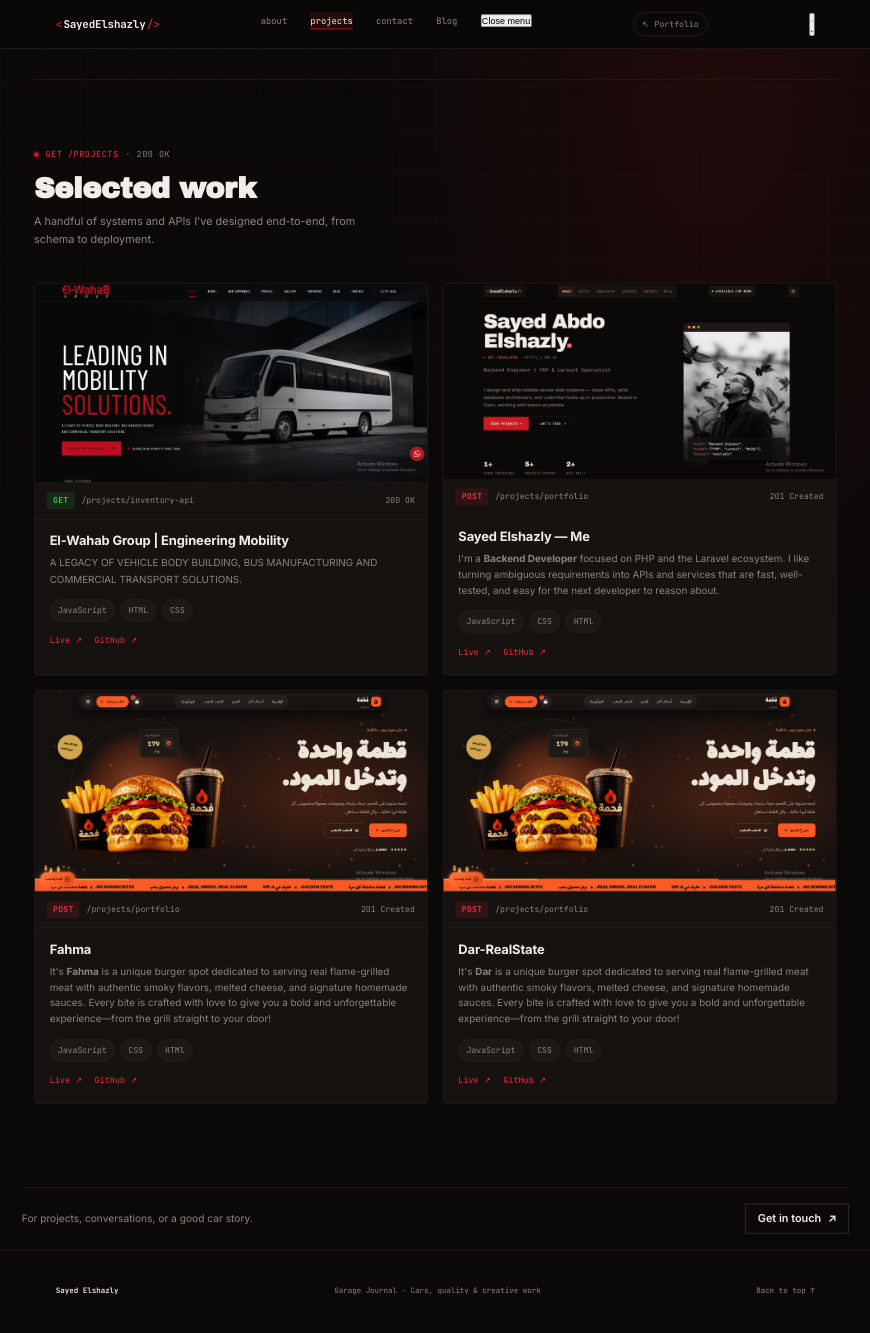
Repository: sayedelshazly/Portfolio.SE
Page: projects.html
An editor plug-in stored every save of this project. The page is shown before and after a run of saves, followed by the edit.
The browser window is 1280 px wide. The pictures show the whole page, at 68% of full size.

Above is the page before, as saved 2026-10-31 09:09:57.
Console error: TypeError: Cannot read properties of null (reading 'addEventListener')

After the next 3 saves:
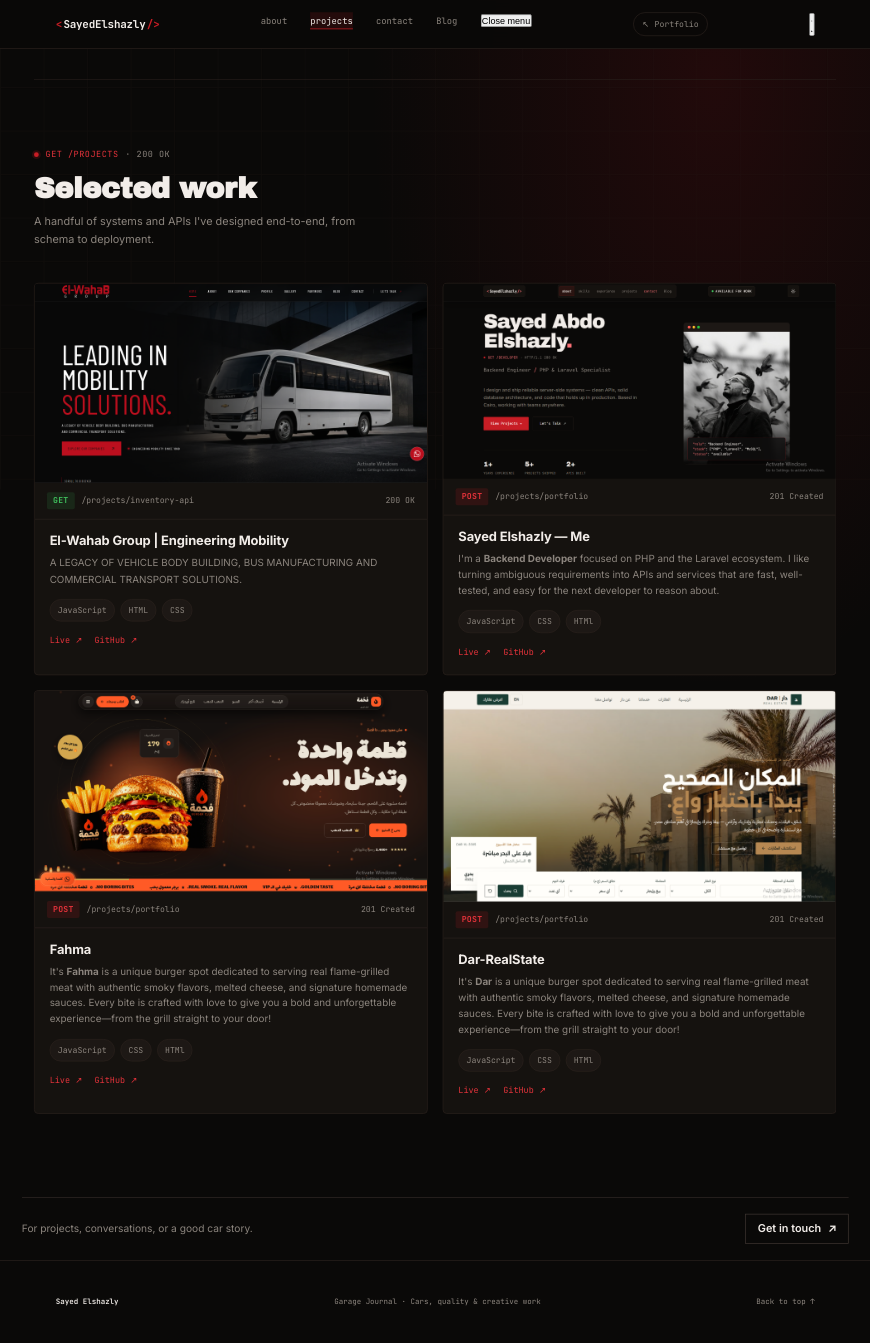
The 3 saves are shown as one change because they came seconds apart.
The last was saved 39 s later.
--- a/projects.html
+++ b/projects.html
@@ -164,7 +164,7 @@
                 </div>
                 <div class="project-card">
                     <figure class="project-visual">
-                        <img src="./assets/blog/Screenshot (375)(1).png" alt="Illustrative booking calendar preview"
+                        <img src="./assets/blog/Screenshot (388)(1).png" alt="Illustrative booking calendar preview"
                             loading="lazy" decoding="async">
                     </figure>
                     <div class="pc-top">
